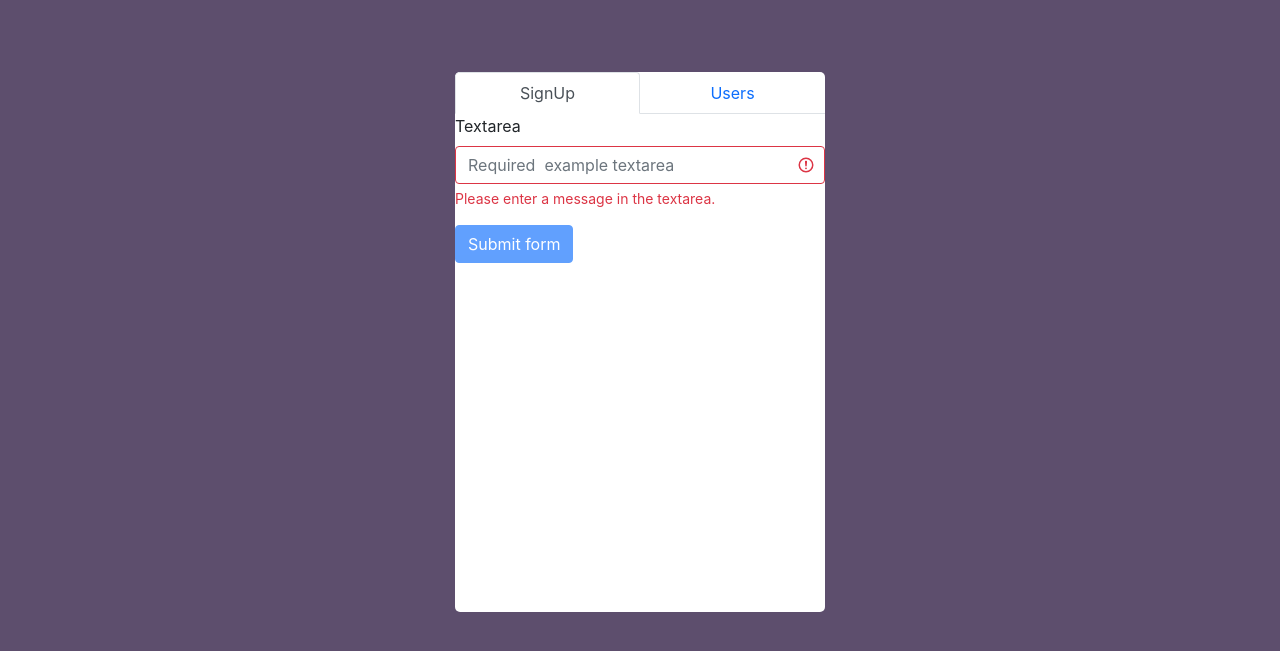
Repository: asadalibest1/SignUp-from
Page: /
An editor plug-in stored every save of this project. The page is shown before and after the next save, followed by the edit.
The browser window is 1280 px wide. The pictures show the whole page.
The project was rebuilt for these pictures with package versions that can differ from the ones it lists, and the page was loaded fresh each time. Also part of the build but not shown: src/components/SignUp/SignUp.css, src/components/Users/Users.css.

Above is the page before, as saved 2021-02-06 21:59:47.

### public/index.html
<!DOCTYPE html>
<html lang="en">
  <head>
    <meta charset="utf-8" />
    <link rel="icon" href="%PUBLIC_URL%/favicon.png" />
    <meta name="viewport" content="width=device-width, initial-scale=1" />
    <meta name="theme-color" content="#000000" />
    <meta
      name="description"
      content="Web site created using create-react-app"
    />
    <link rel="apple-touch-icon" href="%PUBLIC_URL%/logo192.png" />
    <!--
      manifest.json provides metadata used when your web app is installed on a
      user's mobile device or desktop. See https://developers.google.com/web/fundamentals/web-app-manifest/
    -->
    <link rel="manifest" href="%PUBLIC_URL%/manifest.json" />
    <!--
      Notice the use of %PUBLIC_URL% in the tags above.
      It will be replaced with the URL of the `public` folder during the build.
      Only files inside the `public` folder can be referenced from the HTML.

      Unlike "/favicon.ico" or "favicon.ico", "%PUBLIC_URL%/favicon.ico" will
      work correctly both with client-side routing and a non-root public URL.
      Learn how to configure a non-root public URL by running `npm run build`.
    -->
    <!-- Bootstrap -->
    <link href="https://cdn.jsdelivr.net/npm/bootstrap@5.0.0-beta1/dist/css/bootstrap.min.css" rel="stylesheet" integrity="sha384-giJF6kkoqNQ00vy+HMDP7azOuL0xtbfIcaT9wjKHr8RbDVddVHyTfAAsrekwKmP1" crossorigin="anonymous">
    <title>Sign Up</title>
  </head>
  <body>
    <noscript>You need to enable JavaScript to run this app.</noscript>
    <div id="root"></div>
    <!--
      This HTML file is a template.
      If you open it directly in the browser, you will see an empty page.

      You can add webfonts, meta tags, or analytics to this file.
      The build step will place the bundled scripts into the <body> tag.

      To begin the development, run `npm start` or `yarn start`.
      To create a production bundle, use `npm run build` or `yarn build`.
    -->
    <script src="https://cdn.jsdelivr.net/npm/bootstrap@5.0.0-beta1/dist/js/bootstrap.bundle.min.js" integrity="sha384-ygbV9kiqUc6oa4msXn9868pTtWMgiQaeYH7/t7LECLbyPA2x65Kgf80OJFdroafW" crossorigin="anonymous"></script>
  </body>
</html>

### src/index.css
body {
  margin: 0;
  font-family: -apple-system, BlinkMacSystemFont, 'Segoe UI', 'Roboto', 'Oxygen',
    'Ubuntu', 'Cantarell', 'Fira Sans', 'Droid Sans', 'Helvetica Neue',
    sans-serif;
  -webkit-font-smoothing: antialiased;
  -moz-osx-font-smoothing: grayscale;
  background-color: #5D4E6D;
}

code {
  font-family: source-code-pro, Menlo, Monaco, Consolas, 'Courier New',
    monospace;
}

### src/App.js
import React from 'react'
import App1 from "./components/App1/App1"

export default function App() {
  return (
    <div>
      <App1 />
    </div>
  )
}

### src/components/App1/App1.js
import React from 'react'
import Tabs from '../Tabs/Tabs'

export default function App1() {
    return (
        <div>
            <Tabs />
        </div>
    )
}

### src/features/counter/counterSlice.js
import { createSlice } from '@reduxjs/toolkit';

export const counterSlice = createSlice({
  name: 'counter',
  initialState: {
    value: 0,
  },
  reducers: {
    increment: state => {
      // Redux Toolkit allows us to write "mutating" logic in reducers. It
      // doesn't actually mutate the state because it uses the Immer library,
      // which detects changes to a "draft state" and produces a brand new
      // immutable state based off those changes
      state.value += 1;
    },
    decrement: state => {
      state.value -= 1;
    },
    incrementByAmount: (state, action) => {
      state.value += action.payload;
    },
  },
});

export const { increment, decrement, incrementByAmount } = counterSlice.actions;

// The function below is called a thunk and allows us to perform async logic. It
// can be dispatched like a regular action: `dispatch(incrementAsync(10))`. This
// will call the thunk with the `dispatch` function as the first argument. Async
// code can then be executed and other actions can be dispatched
export const incrementAsync = amount => dispatch => {
  setTimeout(() => {
    dispatch(incrementByAmount(amount));
  }, 1000);
};

// The function below is called a selector and allows us to select a value from
// the state. Selectors can also be defined inline where they're used instead of
// in the slice file. For example: `useSelector((state) => state.counter.value)`
export const selectCount = state => state.counter.value;

export default counterSlice.reducer;

### src/components/Tabs/Tabs.js
import React from 'react'
import SignUp from "../SignUp/SignUp"
import Users from "../Users/Users"
import "./Tabs.css"

export default function Tabs() {
    return (
        <div className="tabs-main">
            <div className="tabs">

                <ul className="nav nav-tabs" id="myTab" role="tablist">
                    <li className="nav-item text-center w-50" role="presentation">
                        <a className="nav-link active" id="signUp-tab" data-bs-toggle="tab" href="#signUp" role="tab" aria-controls="signUp" aria-selected="true">SignUp</a>
                    </li>
                    <li className="nav-item text-center w-50" role="presentation">
                        <a className="nav-link" id="users-tab" data-bs-toggle="tab" href="#users" role="tab" aria-controls="users" aria-selected="false">Users</a>
                    </li>
                </ul>
                <div className="tab-content" id="myTabContent">
                    <div className="tab-pane fade show active" id="signUp" role="tabpanel" aria-labelledby="signUp-tab">
                        <SignUp />
                    </div>
                    <div className="tab-pane fade" id="users" role="tabpanel" aria-labelledby="users-tab">

                        <Users />
                    </div>
                </div>


            </div>
        </div>
    )
}

### src/components/SignUp/SignUp.js
import React from 'react'
import "./SignUp.css"

export default function SignUp() {
    return (
        <div>

<form className="was-validated">

  <div className="mb-3">
    <label for="validationTextarea" className="form-label">Textarea</label>
    <input type="name" className="form-control" id="validationTextarea" placeholder="Required  example textarea" required />
    <div className="invalid-feedback">
      Please enter a message in the textarea.
    </div>
  </div>




  <div className="mb-3">
    <button className="btn btn-primary" type="submit" disabled>Submit form</button>
  </div>
</form>
        </div>
    )
}

### src/components/Users/Users.js
import React from 'react'
import "./Users.css"

export default function Users() {
    return (
        <div>
    Users
        </div>
    )
}

### src/components/Tabs/Tabs.css
.tabs{
    width: 370px;
    height: 75vh;
    background-color: white;
    margin: auto auto;
    margin-top: 10vh;
    border-radius: 5px;
    overflow: hidden;
}

Loaded but not shown: src/index.js (common file); src/app/store.js (common file); src/serviceWorker.js (common file)

After the next save:
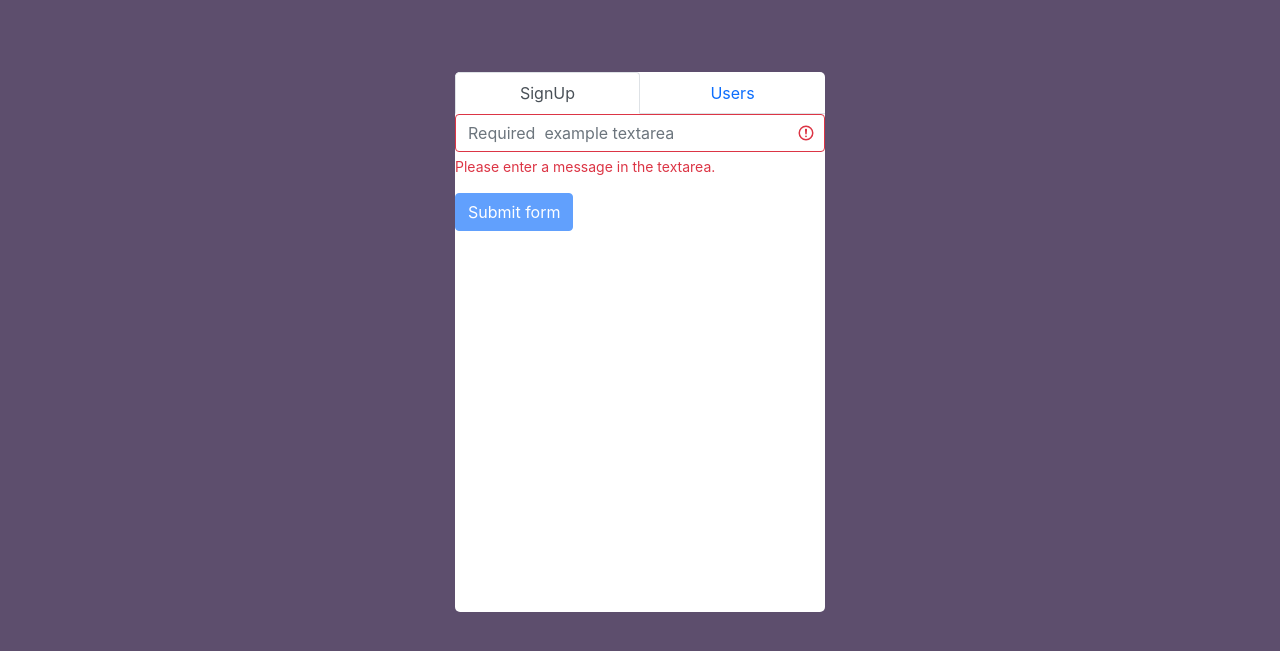
Saved 15 s later.
--- a/src/components/SignUp/SignUp.js
+++ b/src/components/SignUp/SignUp.js
@@ -8,7 +8,6 @@ export default function SignUp() {
 <form className="was-validated">
 
   <div className="mb-3">
-    <label for="validationTextarea" className="form-label">Textarea</label>
     <input type="name" className="form-control" id="validationTextarea" placeholder="Required  example textarea" required />
     <div className="invalid-feedback">
       Please enter a message in the textarea.
